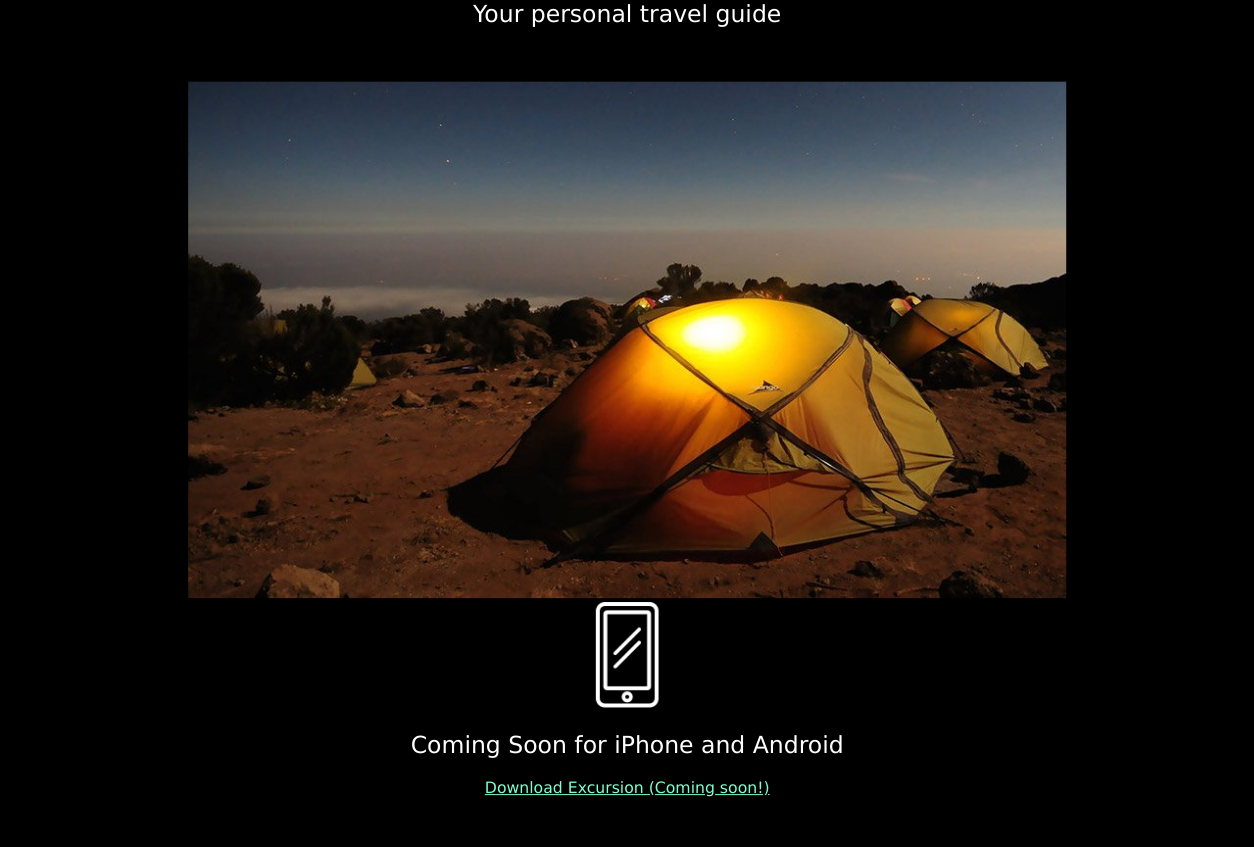
Repository: hymxzx/excursion
Page: index.html
An editor plug-in stored every save of this project. The page is shown before and after the next save, followed by the edit.
The browser window is 1280 px wide. The pictures show the part of the page from y = 334 to 1299 px (the page is 1198 px tall before and 1299 px after), at 98% of full size.
A picture or video elsewhere on the page could not be fetched, so the positions and the page height are approximate.

Above is the page before, as saved 2020-12-26 10:19:23.

After the next save:
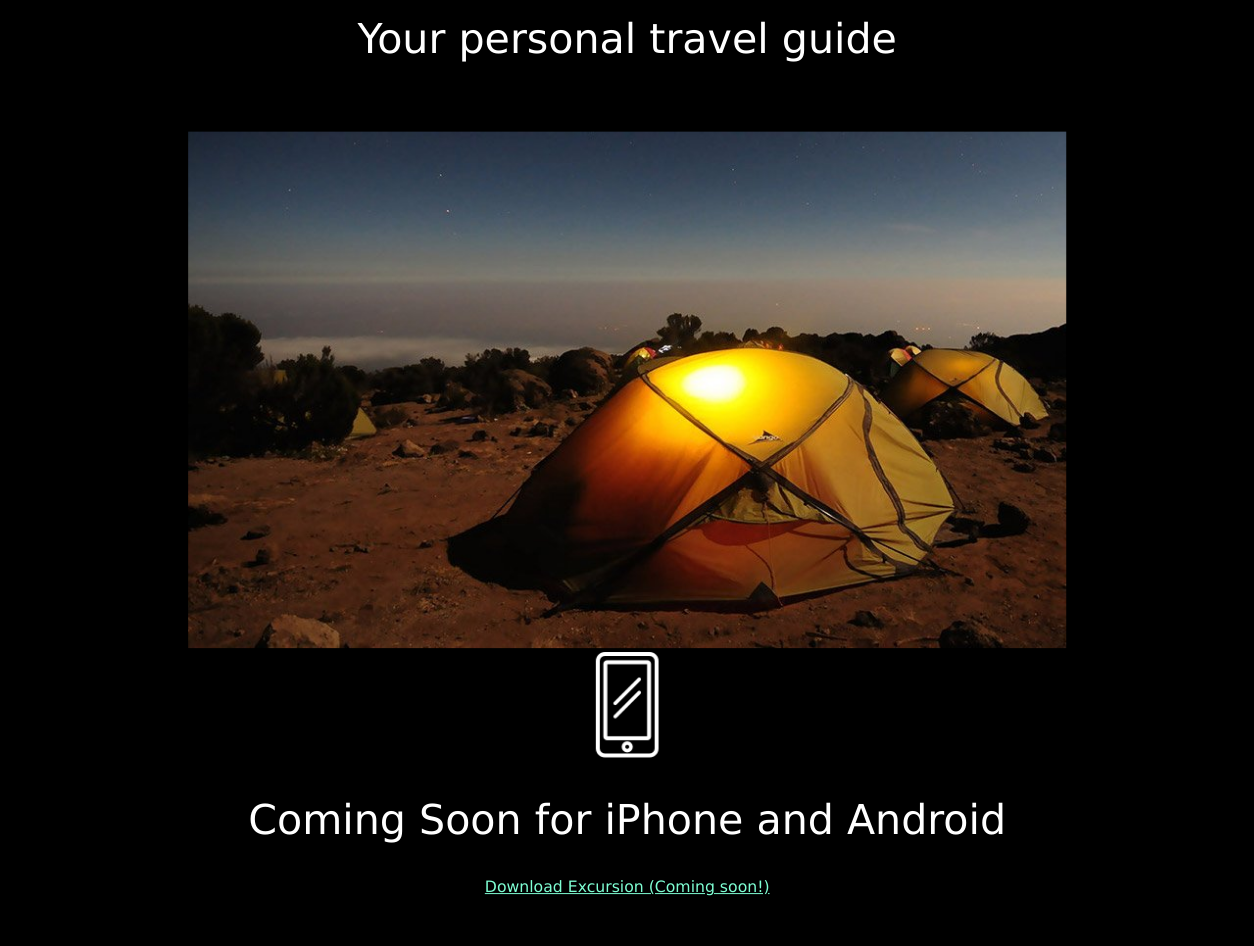
Saved 11 s later.
--- a/resources/css/style.css
+++ b/resources/css/style.css
@@ -15,4 +15,5 @@ h1 {
 h2 {
   color: white;
   font-weight: 300;
+  font-size: 42px;
 }
